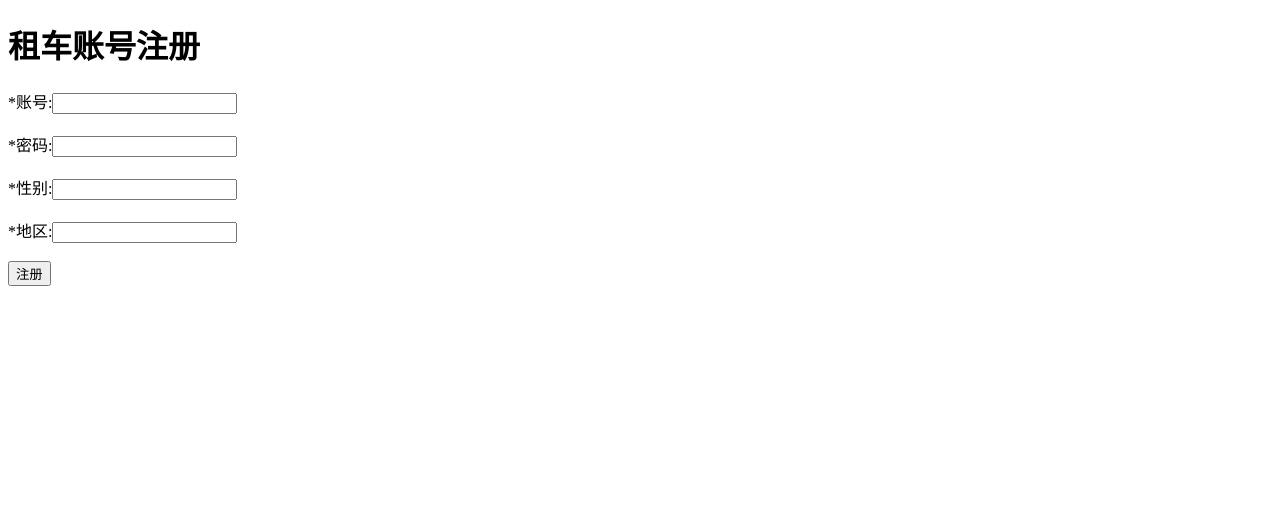
Repository: JasonYan2015/FE-learning-examples
Page: http://localhost/test20160729/register.jsp
These files come from the project's save history. The page is drawn as it stood at one moment and after the next save; the edit follows.
The browser window is 1280 px wide. The pictures show the whole page.
The page is served by Tomcat 9. Other server files are loaded and not shown.

Above is the page before, as saved 2016-07-29 03:45:50.

### eclipse/test20160729/WebContent/register.jsp
<%@ page language="java" contentType="text/html; charset=UTF-8"
    pageEncoding="UTF-8"%>
<!DOCTYPE html PUBLIC "-//W3C//DTD HTML 4.01 Transitional//EN" "http://www.w3.org/TR/html4/loose.dtd">
<html>
<head>
<meta http-equiv="Content-Type" content="text/html; charset=UTF-8">
<title>Insert title here</title>
</head>
<body>
	<h1>租车账号注册</h1>
	<form action="user" method="post">
		*账号:<input type="text" name="id"><br><br>
		*密码:<input type="text" name="pw"><br><br>
		*性别:<input type="text" name="sex"><br><br>
		*地区:<input type="text" name="pv"><br><br>
		<input type="submit" value="注册">
	</form>
</body>
</html>

After the next save:
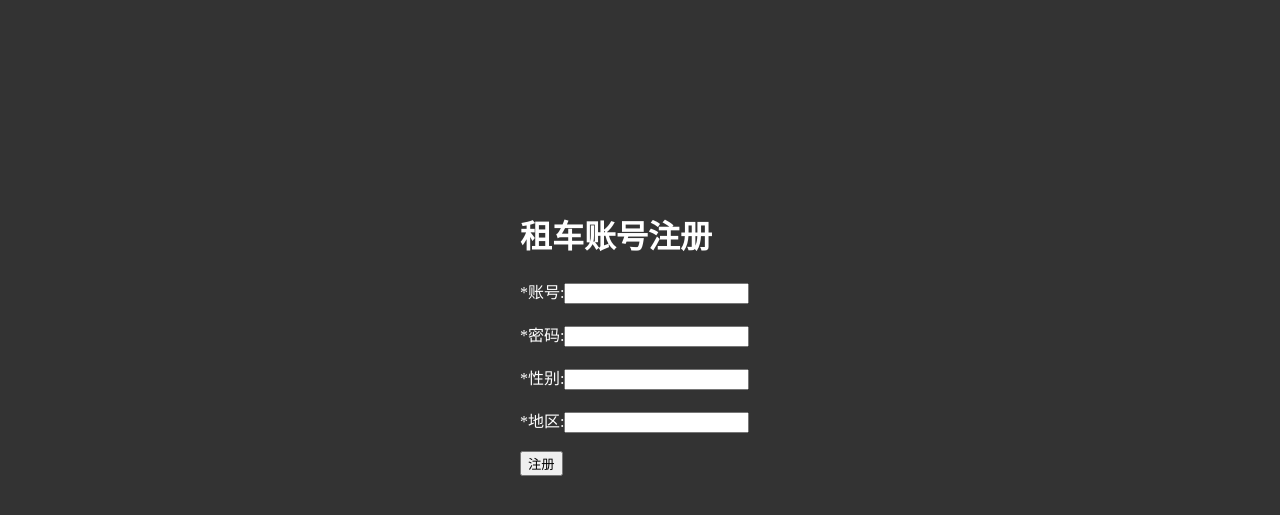
Saved 31 s later.
--- a/eclipse/test20160729/WebContent/register.jsp
+++ b/eclipse/test20160729/WebContent/register.jsp
@@ -5,6 +5,19 @@
 <head>
 <meta http-equiv="Content-Type" content="text/html; charset=UTF-8">
 <title>Insert title here</title>
+	<style>
+		body
+		{
+			position: absolute;
+			left: 50%;
+			top: 50%;
+			margin-left: -120px;
+			margin-top: -170px;
+ 			background-color:#333;
+ 			font-family: "微软雅黑";
+ 			color: white;
+		}
+	</style>
 </head>
 <body>
 	<h1>租车账号注册</h1>
